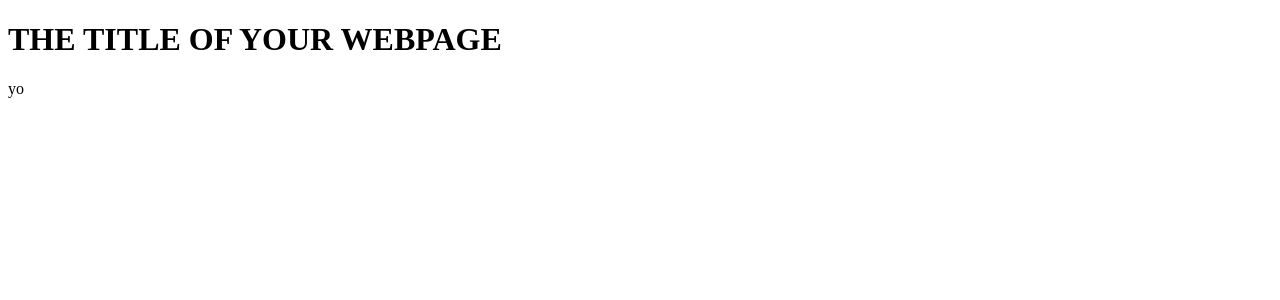
Repository: jnguyen113/DOM-Manipulation
Page: index.html
An editor plug-in stored every save of this project. The page is shown before and after the next save, followed by the edit.
The browser window is 1280 px wide. The pictures show the whole page.

Above is the page before, as saved 2020-06-11 18:12:58.

### index.html
<!DOCTYPE html>
<html>
    <body>
        <h1>
            THE TITLE OF YOUR WEBPAGE
        </h1>
        <div id="container">
            <!--<div class="content">
                This is the glorious text-content!
            </div> DONE IN JS CLASS-->
        </div>
    </body>
    <script src="main.js"></script>
</html>

### main.js
const container = document.querySelector('#container');//references the container id
const content = document.createElement('div');//create a new div and store it into content
content.classList.add('content');//add class and some text to content div
content.textContent = 'This is the glorious text-content!';

const anything = document.querySelector("Container");
const inmy = document.createElement('div');
inmy.classList.add('yo');
content.textContent = 'yo '

container.appendChild(content);//append that div to container

After the next save:
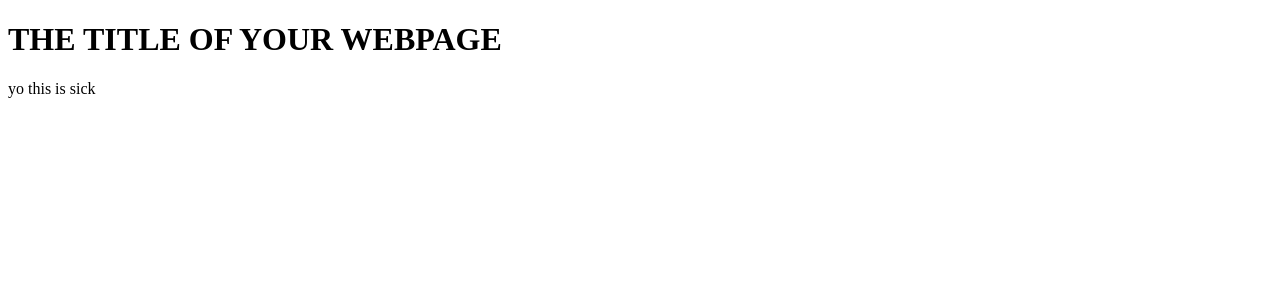
Saved 5 s later.
--- a/main.js
+++ b/main.js
@@ -6,6 +6,6 @@ content.textContent = 'This is the glorious text-content!';
 const anything = document.querySelector("Container");
 const inmy = document.createElement('div');
 inmy.classList.add('yo');
-content.textContent = 'yo '
+content.textContent = 'yo this is sick'
 
 container.appendChild(content);//append that div to container
